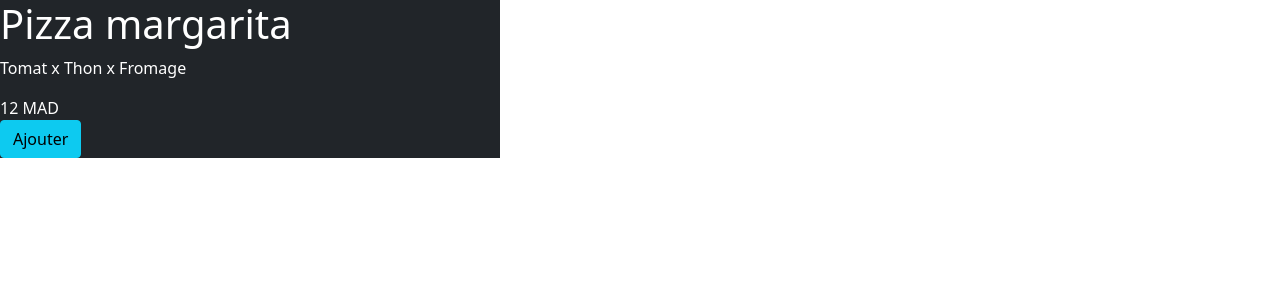
Repository: FS-23/my-restaurant
Page: /
These files come from the project's save history. The page is drawn as it stood at one moment and after the next save; the edit follows.
The browser window is 1280 px wide. The pictures show the whole page.
The project was rebuilt for these pictures with package versions that can differ from the ones it lists, and the page was loaded fresh each time.

Above is the page before, as saved 2022-04-29 13:41:28.

After the next save:
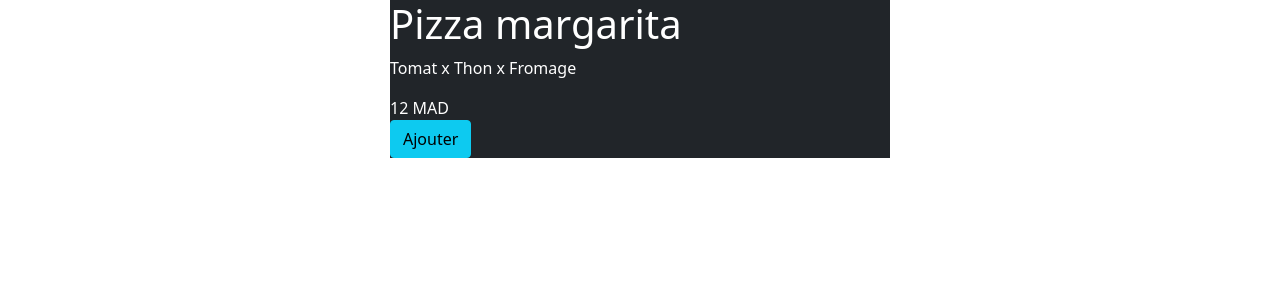
Saved 8 s later.
--- a/src/App.js
+++ b/src/App.js
@@ -6,7 +6,7 @@ function App() {
            <div className='position-absolute d-none top-0 w-100 h-100 bg-dark app-gradient-container'>
 
            </div>
-           <div className="bg-dark" style={{width:'500px'}}>
+           <div className="bg-dark" style={{width:'500px' , margin: "auto"}}>
               <Menu />
            </div>
        </div>
